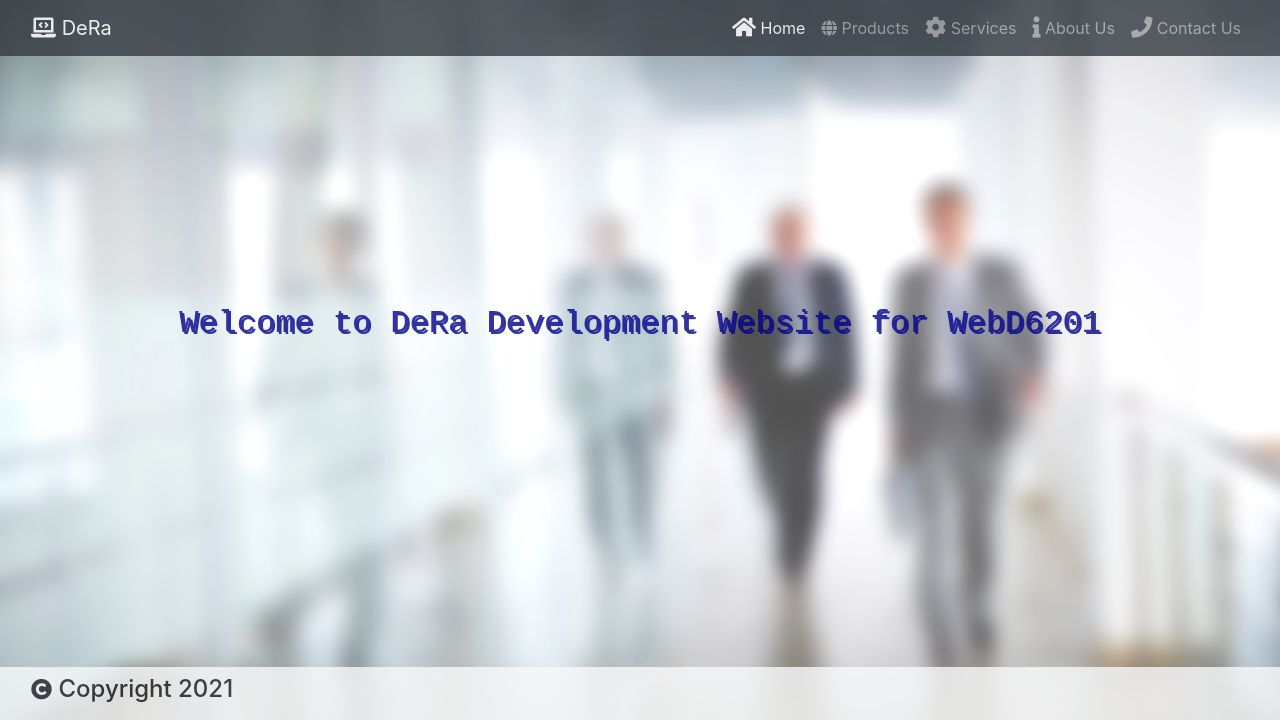
Repository: deividwsantoss/web6201-Lab1
Page: index.html
These files come from the project's save history. The page is drawn as it stood at one moment and after the next save; the edit follows.
The browser window is 1280 px wide. The pictures show the whole page.

Above is the page before, as saved 2021-02-03 08:21:19.
Console error (its wording comes from the project's code and is left out).

### index.html
<!DOCTYPE html>
<html lang="en">
<head>
    <meta charset="UTF-8">
    <meta name="viewport" content="width=device-width, initial-scale=1.0">
    <title>Home</title>
</head>
<!-- CSS SECTION-->
<link rel="stylesheet" href="./node_modules/bootstrap/dist/css/bootstrap.min.css">
<link rel="stylesheet" href="./node_modules/@fortawesome/fontawesome-free/css/all.min.css">
<link rel="stylesheet" href="./Content/app.css">

<body class="bg">
    <!-- Main Header-->
    <header>
        <!-- Main Navegation-->
        <nav class="navbar navbar-expand-lg navbar-dark bg-dark">
            <div class="container-fluid">
              <a class="navbar-brand" href="Index.html"><i class="fas fa-laptop-code"></i> DeRa</a>
              <button class="navbar-toggler" type="button" data-bs-toggle="collapse" data-bs-target="#navbarSupportedContent" aria-controls="navbarSupportedContent" aria-expanded="false" aria-label="Toggle navigation">
                <span class="navbar-toggler-icon"></span>
              </button>
              <div class="collapse navbar-collapse" id="navbarSupportedContent">
                <ul class="navbar-nav ml-auto mb-2 mb-lg-0">
                  <li class="nav-item">
                    <a class="nav-link active" aria-current="page" href="Index.html"><i class="fas fa-home fa-lg"></i> Home</a>
                  </li>
                  <li class="nav-item">
                    <a class="nav-link" aria-current="page" href="products.html"><i class="fas fa-globe"></i> Products</a>
                  </li>
                  <li class="nav-item">
                    <a class="nav-link" aria-current="page" href="services.html"><i class="fas fa-cog fa-lg"></i> Services</a>
                  </li>
                  <li class="nav-item">
                    <a class="nav-link" aria-current="page" href="about.html"><i class="fas fa-info fa-lg"></i> About Us</a>
                  </li>
                  <li class="nav-item">
                    <a class="nav-link" aria-current="page" href="contact.html"><i class="fas fa-phone fa-lg"></i> Contact Us</a>
                  </li>

                </ul>

              </div>
            </div>
          </nav>

    </header>

    <!-- Main Content-->
        <main class="container">
          <div class="text-md-center">

              <p id="paragraphOne"> </p>

          </div>
        </main>
        <!-- Main Footer-->
        <footer>
          <nav class="navbar fixed-bottom navbar-light bg-light">
              <div class="container-fluid ">
                  <h4 id="welcome"><i class="fas fa-copyright fa-sm"></i> Copyright 2021 </h4>
              </div>
            </nav>

      </footer>
    <!--- Script Section-->
    <script src="./node_modules/bootstrap/dist/js/bootstrap.bundle.min.js"></script>
    <script src="./node_modules/jquery/dist/jquery.min.js"></script>
    <script src="./Scripts/app.js"></script>
</body>

</html>

### Content/app.css
/* Custom CSS goes here */
body,html{
    height: 100%;
    margin: 0;
}
.bg{
    background-image: url("Background-White.jpg");
    background-repeat: no-repeat;
    background-size: cover;
    background-position: center;
    opacity: 0.8;
}

.contactimage{
    background-image:url("contactimg.jpg");
    background-repeat: no-repeat;
    background-size: cover;
    background-position: center;
    opacity: 0.8;
}
.productsbg {
    background-image:url("productsbg.jpg");
    background-repeat: no-repeat;
    background-size: cover;
    background-position: center;
    opacity: 0.8;
}

.servicesbackgroud{
    background-image:url("services.jpg");
    background-repeat: no-repeat;
    background-size: cover;
    background-position: center;
    opacity: 0.8;
}
.aboutus{
    background-image:url("bgimage.jpg");
    background-repeat: no-repeat;
    background-size: cover;
    background-position: center;
    opacity: 0.8;
}

#paragraphOne {
    color: darkblue;
    font-size: 200%;
    margin-top: 22%;
    text-shadow: 2px 2px darkblue;
    font-family: Courier New;

}

### Scripts/app.js
/* Custom JavaScript goes here */


"use strict";

(function(){


    function displayHome(){
        let paragraphOneText = "Welcome to DeRa Development Website for WebD6201";
        let paragraphOneElement = document.getElementById("paragraphOne");

        paragraphOneElement.textContent = paragraphOneText;
        paragraphOneElement.className = "fs-6 align-middle";
    }
    function displayAbout(){

    }
    function displayProducts(){

    }
    function displayServices(){

    }
    function displayContact(){

        let messageArea = document.getElementById("messageArea");
        messageArea.hidden = true;

        //Form Validation...

        let fullName = document.getElementById("fullName");
        fullName.addEventListener("blur", function(){
            if(fullName.value.length < 2){
                fullName.focus;
                fullName.select();
                messageArea.hidden = false;
                messageArea.className = "alert alert-danger";
                messageArea.textContent = "Please, Enter an appropriate name."
            }
            else{
                messageArea.removeAttribute("Class");
                messageArea.hidden = true;
            }
        });

        //validating number
        let contactNumber = document.getElementById("contactNumber");
        contactNumber.addEventListener("blur", function(){

            if(contactNumber.value.length < 10 || contactNumber.value.length > 10 )
            {
                contactNumber.focus;
                contactNumber.select();
                messageArea.hidden = false;
                messageArea.className = "alert alert-danger";
                messageArea.textContent = "Please, Insert a valid Number";
            }
            else {
                messageArea.removeAttribute("Class");
                messageArea.hidden = true;
            }

        });

        // Validating short text
        let shortMessage = document.getElementById("shortMessage");
        shortMessage.addEventListener("blur", function(){

            if(shortMessage.value.length > 50){
                shortMessage.focus;
                shortMessage.select();
                messageArea.hidden = false;
                messageArea.className = "alert alert-danger";
                messageArea.textContent = "Maximum characters allowed (50)";
            }
            else{
                messageArea.removeAttribute("Class");
                messageArea.hidden = true;
            }
        });

        let sendButton = document.getElementById("sendButton");
        sendButton.addEventListener("click", function(event){
            event.preventDefault();
        });
        document.getElementById("sendButton").onclick = function (){
            location.href = "index.html"
        };

    }


    function Start(){
        console.log("App Start...");

        switch (document.title) {

            case 'Home':
                displayHome();
                break;
            case 'About':
                displayAbout();
                break;
            case 'Products':
                displayProducts();
                break;
            case 'Services':
                displayServices();
                break;
            case 'Contact':
                displayContact();
                break;

        }


    }
    window.addEventListener("load",Start);

})();

Loaded but not shown: node_modules/bootstrap/dist/css/bootstrap.min.css (library); node_modules/@fortawesome/fontawesome-free/css/all.min.css (library); node_modules/bootstrap/dist/js/bootstrap.bundle.min.js (library); node_modules/jquery/dist/jquery.min.js (library)

After the next save:
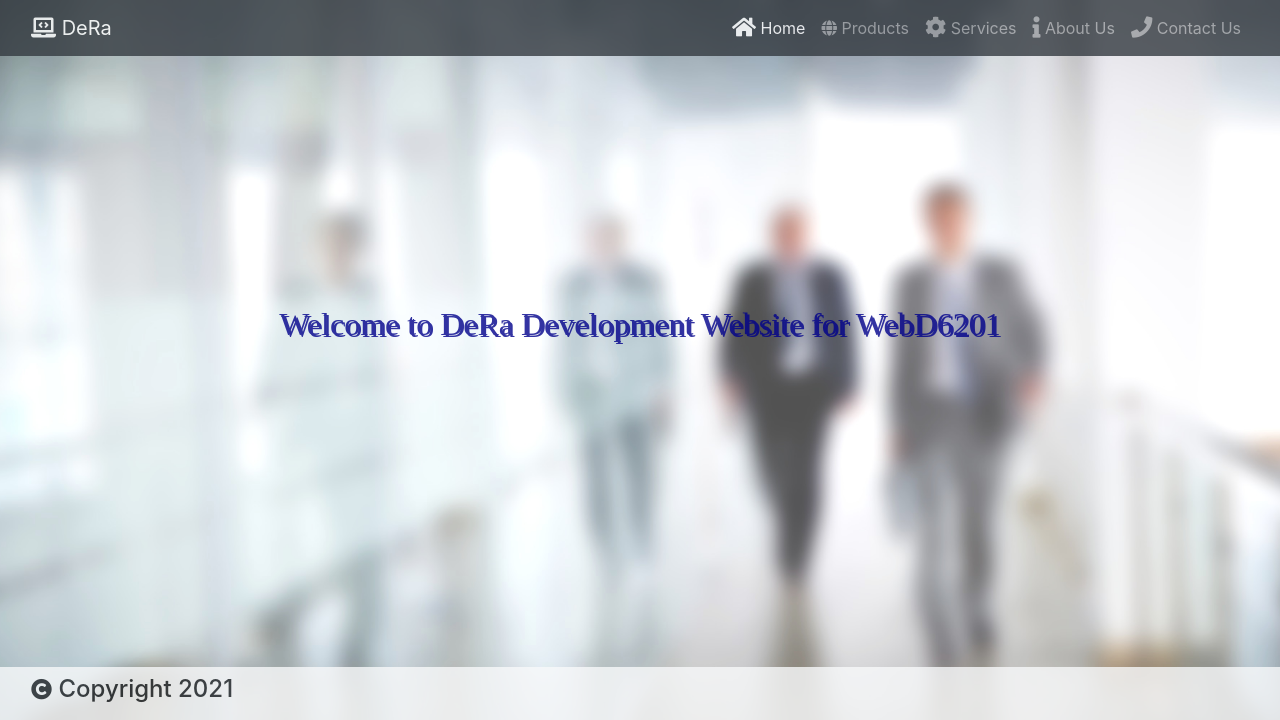
Saved 27 s later.
--- a/Content/app.css
+++ b/Content/app.css
@@ -46,6 +46,6 @@ body,html{
     font-size: 200%;
     margin-top: 22%;
     text-shadow: 2px 2px darkblue;
-    font-family: Courier New;
+    font-family: fantasy;
 
 }
